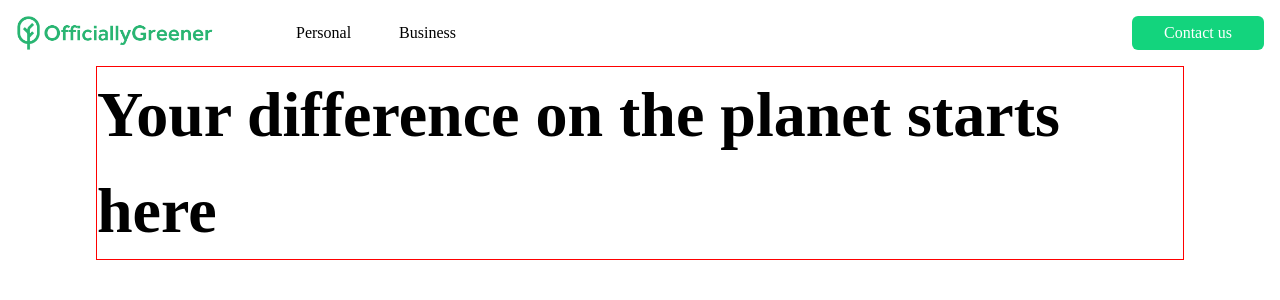
Repository: Sinkycode/Officially-Greener
Page: index.html
These files come from the project's save history. The page is drawn as it stood at one moment and after the next save; the edit follows.
The browser window is 1280 px wide. The pictures show the whole page.

Above is the page before, as saved 2023-03-07 21:05:08.

After the next save:
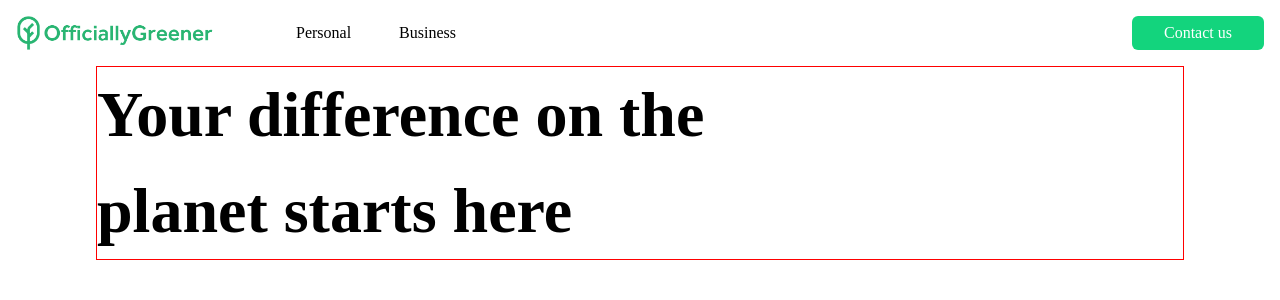
Saved 21 s later.
--- a/style.css
+++ b/style.css
@@ -84,5 +84,5 @@
 
 .landing-page__big-txt {
   font-size: clamp(2rem, 1rem + 10vw, 4rem);
-
+  max-width: 60%;
 }
